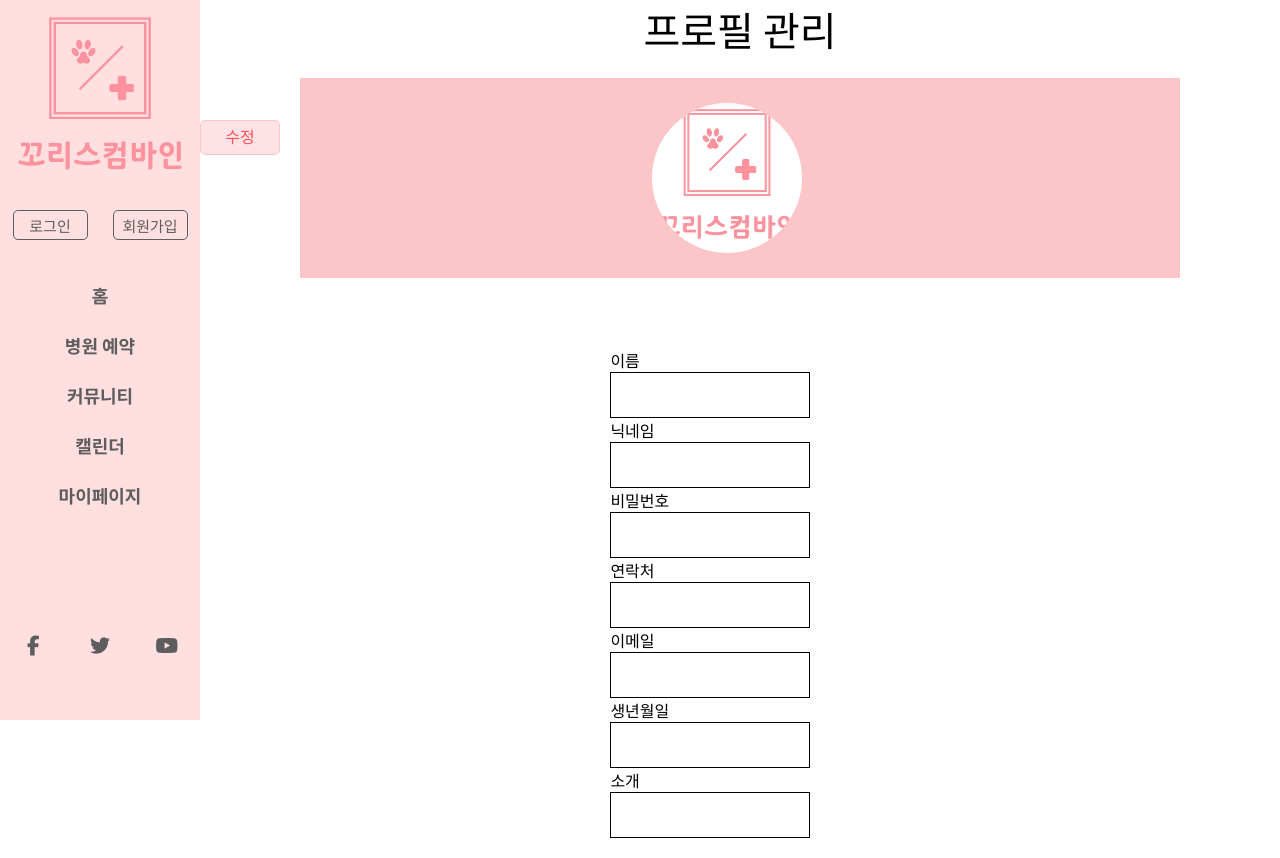
Repository: dodnam/kkoris
Page: http://localhost/1_kkoris/reservation2.jsp
The author's editor kept a copy of each file at every save. The page is drawn from the files as they stood at one save, then again after the next save.
The browser window is 1280 px wide. The pictures show the whole page.
Some web libraries are served in a nearby version. The page is served by Tomcat 9.

Above is the page before, as saved 2020-02-18 00:26:18.

After the next save:
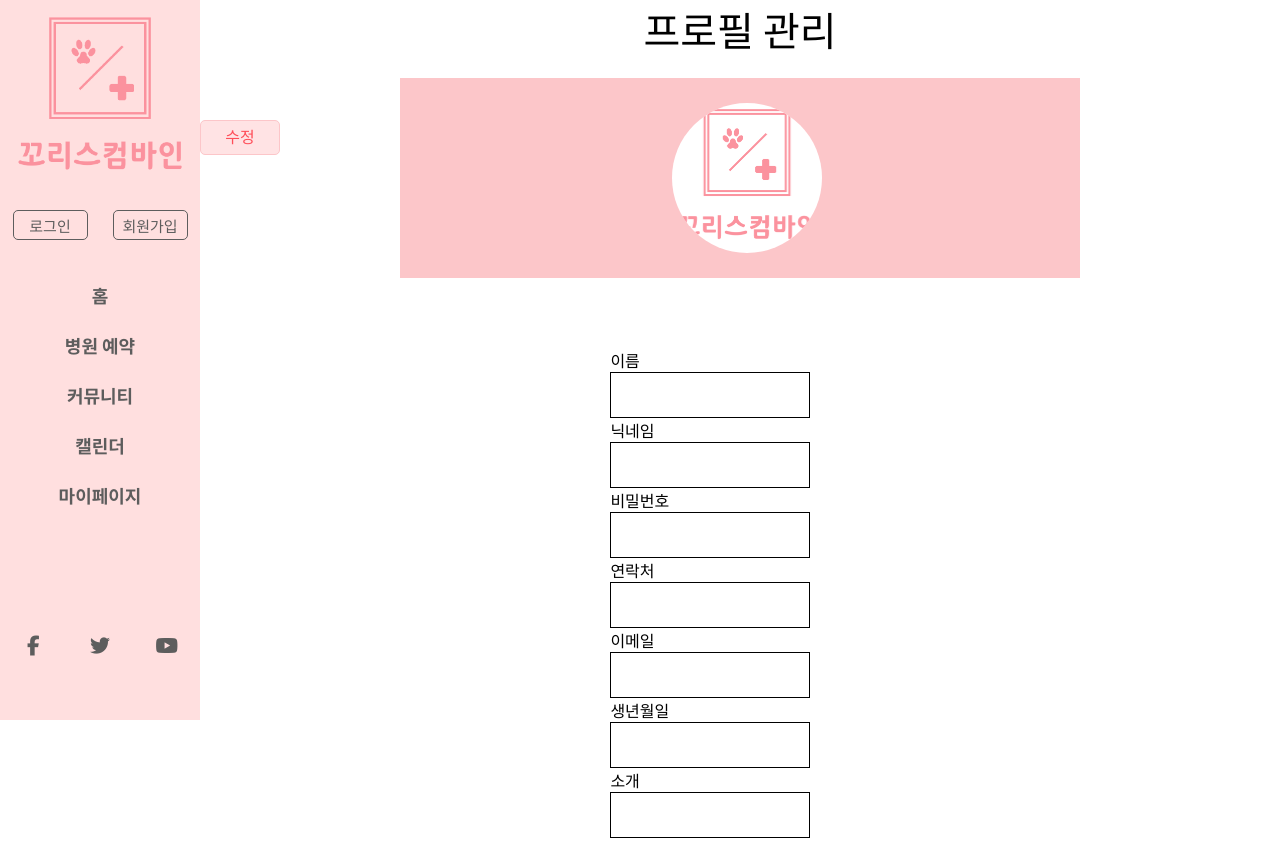
Saved 15 s later.
--- a/1_kkoris/WebContent/reservation2.jsp
+++ b/1_kkoris/WebContent/reservation2.jsp
@@ -8,7 +8,7 @@
 <link rel="stylesheet" type="text/css" href="<%= request.getContextPath() %>/css/index.css"/>
 <link rel="stylesheet" type="text/css" href="<%= request.getContextPath() %>/css/layout.css"/>
 <style>
-	.box_con{left:100px; right:100px; height:200px; background-color:#fcc6c9; position:absolute;}
+	.box_con{left:200px; right:200px; height:200px; background-color:#fcc6c9; position:absolute;}
 	.box{width: 150px; height:150px; border-radius:70%; overflow:hidden; background-color:#fff;margin-top:25px;margin-left:40%}
 	.profile{width: 100%; height:100%; object-fit:cover; display:block; margin:0px auto;}
 	.userTitle{font-size:40px; text-align:center; top:30px;}
